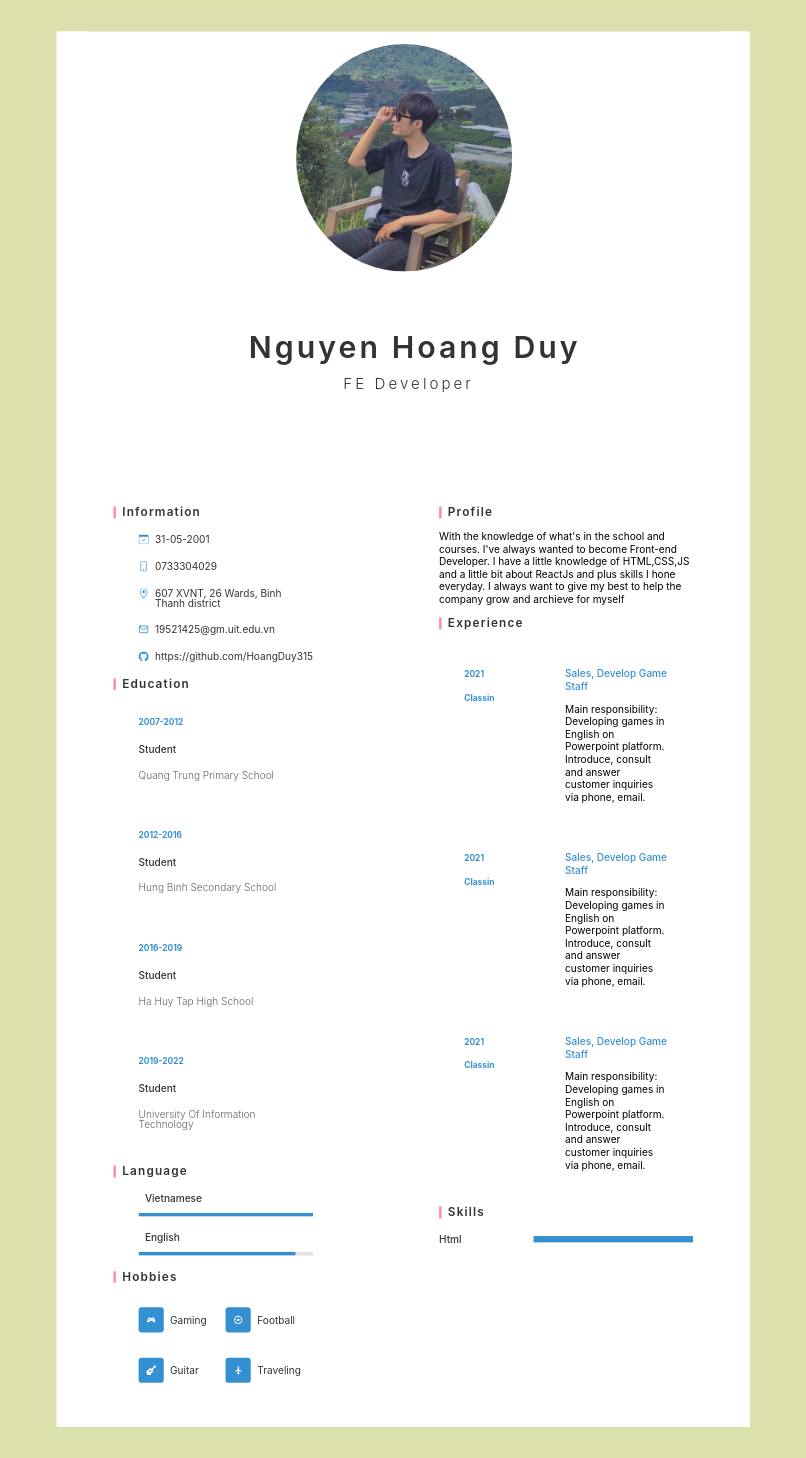
Repository: HoangDuy315/HW_TVK
Page: / (app in hw3cv/)
An editor plug-in stored every save of this project. The page is shown before and after a run of saves, followed by the edit.
The browser window is 1280 px wide. The pictures show the whole page, at 63% of full size.
The project was rebuilt for these pictures with package versions that can differ from the ones it lists, and the page was loaded fresh each time. Also part of the build but not shown: hw3cv/src/App.css.

Above is the page before, as saved 2022-11-02 12:50:44.

### hw3cv/src/App.js
import "./App.css";
import Cv from "./components/Cv";

function App() {
  return (
    <>
      <Cv />
    </>
  );
}

export default App;

### hw3cv/src/components/Cv.jsx
import React from "react";
import "./Cv.css";
import logo from "../assets/123.JPG";
import { BsCalendarCheck, BsPhone, BsGithub } from "react-icons/bs";
import { GoLocation } from "react-icons/go";
import { FiMail } from "react-icons/fi";
import { GiGamepad } from "react-icons/gi";
import { BiFootball } from "react-icons/bi";
import { FaGuitar } from "react-icons/fa";
import { TiPlane } from "react-icons/ti";

const Cv = () => {
  return (
    <div className="bdy">
      <div className="container">
        <div className="top">
          <div className="imgbx">
            <div className="box">
              <img src={logo} className="duy" alt="" />
            </div>
          </div>
          <div className="profile">
            <h3>
              Nguyen Hoang Duy <br /> <span>FE Developer</span>
            </h3>
          </div>

          <div className="contentBox">
            <div className="leftSide">
              <h3>Information</h3>
              <ul>
                <li>
                  <span className="icon">
                    <BsCalendarCheck />
                  </span>
                  <span className="text">31-05-2001</span>
                </li>
                <li>
                  <span className="icon">
                    <BsPhone />
                  </span>
                  <span className="text">0733304029</span>
                </li>
                <li>
                  <span className="icon">
                    <GoLocation />
                  </span>
                  <span className="text">
                    607 XVNT, 26 Wards, Binh Thanh district
                  </span>
                </li>
                <li>
                  <span className="icon">
                    <FiMail />
                  </span>
                  <span className="text">19521425@gm.uit.edu.vn</span>
                </li>
                <li>
                  <span className="icon">
                    <BsGithub />
                  </span>
                  <span className="text">https://github.com/HoangDuy315</span>
                </li>
              </ul>

              <h3>Education</h3>
              <ul className="education">
                <li>
                  <h5>2007-2012</h5>
                  <h4>Student</h4>
                  <h6>Quang Trung Primary School</h6>
                </li>
                <li>
                  <h5>2012-2016</h5>
                  <h4>Student</h4>
                  <h6>Hung Binh Secondary School</h6>
                </li>
                <li>
                  <h5>2016-2019</h5>
                  <h4>Student</h4>
                  <h6>Ha Huy Tap High School</h6>
                </li>
                <li>
                  <h5>2019-2022</h5>
                  <h4>Student</h4>
                  <h6>University Of Information Technology</h6>
                </li>
              </ul>

              <h3>Language</h3>
              <ul className="language">
                <li>
                  <span className="text">Vietnamese</span>
                  <span className="percent">
                    <div className="wi"></div>
                  </span>
                </li>
                <li>
                  <span className="text">English</span>
                  <span className="percent">
                    <div className="wi2"></div>
                  </span>
                </li>
              </ul>

              <h3>Hobbies</h3>
              <ul className="interest">
                <li>
                  <span className="icon">
                    <GiGamepad />
                  </span>
                  <span>Gaming</span>
                </li>
                <li>
                  <span className="icon">
                    <BiFootball />
                  </span>
                  <span>Football</span>
                </li>
                <li>
                  <span className="icon">
                    <FaGuitar />
                  </span>
                  <span>Guitar</span>
                </li>
                <li>
                  <span className="icon">
                    <TiPlane />
                  </span>
                  <span>Traveling</span>
                </li>
              </ul>
            </div>

            <div className="rightSide">
              <div className="about">
                <h3>Profile</h3>
                <p>
                  With the knowledge of what's in the school and courses. I've
                  always wanted to become Front-end Developer. I have a little
                  knowledge of HTML,CSS,JS and a little bit about ReactJs and
                  plus skills I hone everyday. I always want to give my best to
                  help the company grow and archieve for myself
                </p>
              </div>

              <div className="about">
                <h3>Experience</h3>
                <div className="box">
                  <div className="year_company">
                    <h5>2021</h5>
                    <h5>Classin</h5>
                  </div>
                  <div className="text">
                    <h4>Sales, Develop Game Staff</h4>
                    <p>
                      Main responsibility: Developing games in English on
                      Powerpoint platform. Introduce, consult and answer
                      customer inquiries via phone, email.
                    </p>
                  </div>
                </div>

                <div className="box">
                  <div className="year_company">
                    <h5>2021</h5>
                    <h5>Classin</h5>
                  </div>
                  <div className="text">
                    <h4>Sales, Develop Game Staff</h4>
                    <p>
                      Main responsibility: Developing games in English on
                      Powerpoint platform. Introduce, consult and answer
                      customer inquiries via phone, email.
                    </p>
                  </div>
                </div>

                <div className="box">
                  <div className="year_company">
                    <h5>2021</h5>
                    <h5>Classin</h5>
                  </div>
                  <div className="text">
                    <h4>Sales, Develop Game Staff</h4>
                    <p>
                      Main responsibility: Developing games in English on
                      Powerpoint platform. Introduce, consult and answer
                      customer inquiries via phone, email.
                    </p>
                  </div>
                </div>
              </div>

              <div className="about_skill">
                <h3>Skills</h3>
                <div className="box">
                  <h4>Html</h4>
                  <span className="percent">
                    <div className="as"></div>
                  </span>
                </div>
              </div>
            </div>
          </div>
        </div>
      </div>
    </div>
  );
};

export default Cv;

### hw3cv/src/components/Cv.css
body {
  background: rgb(219, 224, 172);
}

#toggle {
  position: fixed;
  top: 20px;
  right: 20px;
  width: 60px;
  height: 60px;
  background: #03a9f4;
  cursor: pointer;
  display: flex;
  justify-content: center;
  align-items: center;
}

#toggle::before {
  content: "";
  position: absolute;
  width: 28px;
  height: 2px;
  background: #fff;
  transform: translateY(-5px);
  transition: 0.2s;
}

#toggle::after {
  content: "";
  position: absolute;
  width: 28px;
  height: 2px;
  background: #fff;
  transform: translateY(5px);
  transition: 0.2s;
}

#toggle.active::before {
  transform: translateY(0px) rotate(45deg);
}

#toggle.active::after {
  transform: translateY(0px) rotate(-45deg);
}

#sidebar {
  position: fixed;
  top: 0;
  left: -170px;
  width: 170px;
  height: 100vh;
  background: #ff8bb3;
  transition: 0.5s;
}

#sidebar.active {
  left: 0px;
}

#sidebar ul {
  position: relative;
  margin-top: 130px;
}

#sidebar ul li {
  list-style: none;
  display: inline-block;
  width: 100%;
  padding: 30px;
  margin-left: -35px;
  font-size: 18px;
  font-weight: bold;
  transition: all 0.5s ease;
}

#sidebar ul li:hover {
  transform: scale(1.3);
}

#sidebar ul li a {
  color: #fff;
  text-decoration: none;
  font-style: 1.5em;
  letter-spacing: 2px;
}

/* =========================================================== */
.bdy {
  display: flex;
  justify-content: center;
  align-items: center;
}

.container {
  position: relative;
  width: 100%;
  max-width: 1000px;
  background: #fff;
  margin: 50px;
  /* box-shadow: 0 50px 70px rgba(0, 0, 0, 0.1); */
  border-left: 50px solid #fff;
  border-right: 50px solid #fff;
}

.container .top {
  position: relative;
  /* display: grid; */
  grid-template-columns: 1fr 2fr;
}

.container .top .imgbx {
  position: relative;
  width: 70%;
  display: flex;
  align-items: center;
  margin-left: 330px;
  margin-top: 20px;
}

.profile {
  margin-left: 215px;
}

.profile span {
  margin-left: 150px;
}

.container .top .imgbx .box {
  position: relative;
  width: 70%;
  min-width: 200px;
  border-radius: 50%;
}

.container .contentBox {
  position: relative;
  display: grid;
  grid-template-columns: 1fr 2fr;
  padding: 0 40px 40px;
  margin-top: 50px;
}

.container .contentBox h3 {
  border-left: 4px solid #ff8bb3;
  padding-left: 10px;
  line-height: 1em;
  font-weight: 600;
  color: #333;
  letter-spacing: 0.1em;
}

.container .contentBox ul {
  position: relative;
  margin: 10px 0;
}

.container .contentBox ul li {
  list-style: none;
  margin: 25px 0;
  line-height: 1em;
  color: #333;
  cursor: pointer;
  display: flex;
}

.container .contentBox ul li ion-icon {
  font-size: 1.2em;
  margin-right: 10px;
  color: #3590d2;
}

.icon {
  color: #3590d2;
}

.text {
  margin-left: 10px;
}

.container .contentBox ul.education li {
  flex-direction: column;
  margin: 20px 0;
  line-height: -3px;
}
h5 {
  color: #3590d2;
}
h4 {
  color: #333;
  font-weight: 500;
  margin: 5px 0;
}
h6 {
  margin-top: 20px;
  color: #666;
  font-weight: 300;
  font-size: 1em;
}
.language li {
  flex-direction: column;
}
.language li span {
  color: #333;
  font-size: 16px;
  font-weight: 500;
}
.language .percent {
  position: relative;
  width: 100%;
  background: #e3e3e3;
  height: 6px;
  margin-top: 15px;
  display: block;
  overflow: hidden;
}

.language .percent div {
  position: absolute;
  top: 0;
  left: 0;
  height: 100%;
  background: #3590d2;
}

.wi {
  width: 100%;
}

.wi2 {
  width: 90%;
}
.container .contentBox ul.interest {
  position: relative;
  display: grid;
  grid-template-columns: 1fr 1fr;
}
.container .contentBox ul.interest li {
  display: flex;
  align-items: center;
  gap: 10px;
  margin: 20px 0;
}
.container .contentBox ul.interest li .icon {
  position: relative;
  width: 40px;
  height: 40px;
  background: #3590d2;
  color: #fff;
  border-radius: 5px;
  display: flex;
  justify-content: center;
  align-items: center;
}
.container .contentBox ul.interest li .icon ion-icon {
  color: #fff;
  margin-right: 0;
}
p {
  font-style: 300;
}
.rightSide {
  padding-left: 200px;
}

.about .box {
  display: flex;
  flex-direction: row;
  margin: 40px;
}
.about .box .year_company {
  min-width: 150px;
  margin-bottom: 10px;
}
.about .box .year_company .h5:nth-child(1) {
  color: #3590d2;
}
.about .box .text h4 {
  color: #3590d2;
  font-size: 16px;
  margin: 0;
  margin-top: 20px;
}

.about_skill .box {
  position: relative;
  width: 100%;
  display: grid;
  grid-template-columns: 150px 1fr;
  justify-content: center;
  align-items: center;
}
.about_skill .box h4 {
  color: #333;
  font-weight: 500;
  margin-bottom: 5px;
}
.about_skill .box .percent {
  position: relative;
  width: 100%;
  height: 10px;
  background: #e3e3e3;
}
.about_skill .box .percent div {
  position: relative;
  top: 0;
  left: 0;
  height: 100%;
  background: #3590d2;
}

.duy {
  color: blue;
  position: relative;
  width: 70%;
  min-width: 200px;
  border-radius: 50%;
  overflow: hidden;
}

.container .top .profile {
  position: relative;
  padding: 40px;
  display: flex;
  align-items: center;
}

.container .top .profile h3 {
  font-size: 3em;
  letter-spacing: 0.1em;
  line-height: 1.2em;
  font-weight: 600;
  color: #333;
}

.container .top .profile h3 span {
  position: relative;
  font-size: 0.5em;
  font-weight: 300;
  top: -10px;
}

Loaded but not shown: hw3cv/public/index.html (common file); hw3cv/src/index.js (common file); hw3cv/src/index.css (common file)

After the next 2 saves:
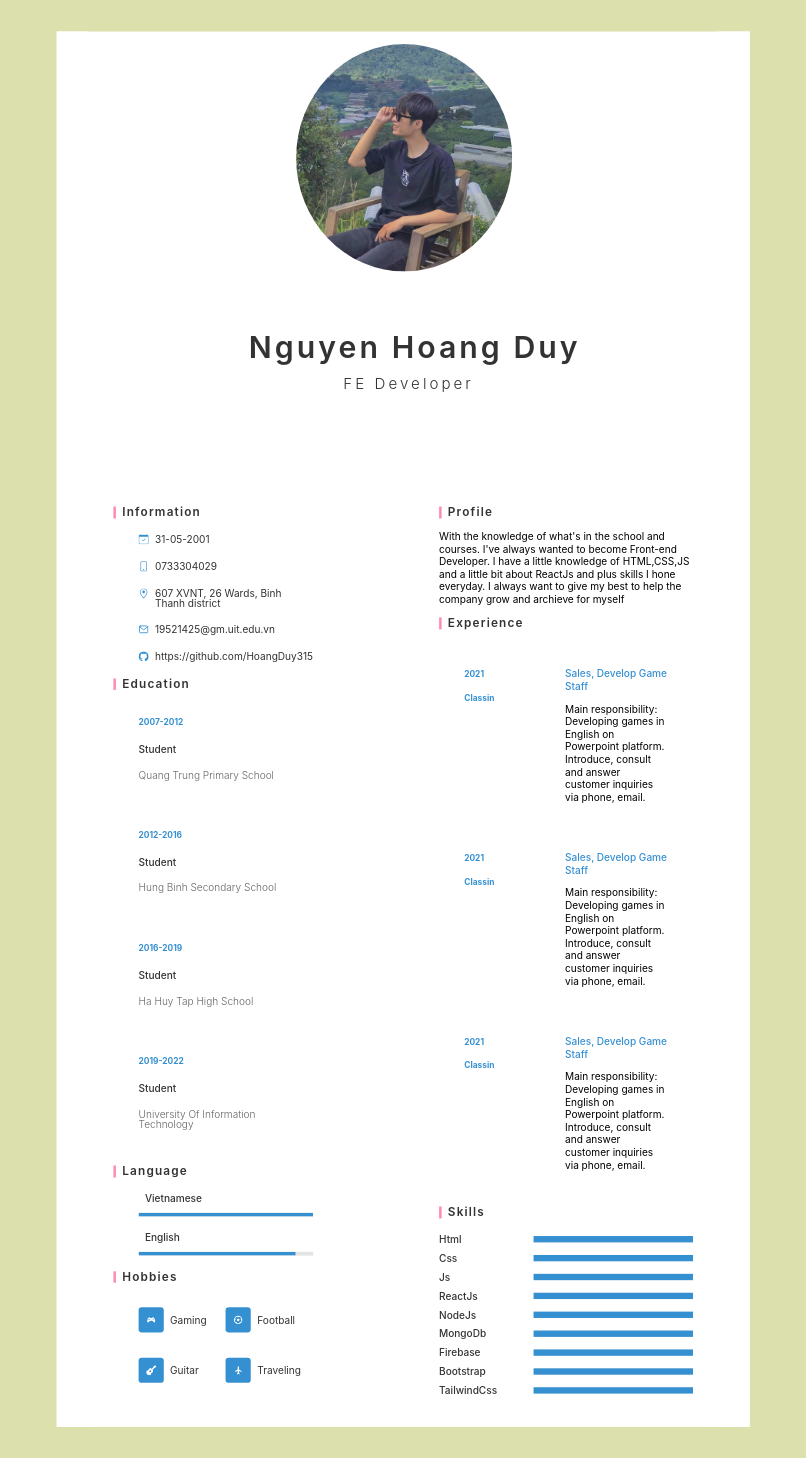
The 2 saves are shown as one change because they came seconds apart.
The last was saved 98 s later.
--- a/hw3cv/src/components/Cv.jsx
+++ b/hw3cv/src/components/Cv.jsx
@@ -200,6 +200,62 @@ const Cv = () => {
                     <div className="as"></div>
                   </span>
                 </div>
+
+                <div className="box">
+                  <h4>Css</h4>
+                  <span className="percent">
+                    <div className="as"></div>
+                  </span>
+                </div>
+
+                <div className="box">
+                  <h4>Js</h4>
+                  <span className="percent">
+                    <div className="as"></div>
+                  </span>
+                </div>
+
+                <div className="box">
+                  <h4>ReactJs</h4>
+                  <span className="percent">
+                    <div className="as"></div>
+                  </span>
+                </div>
+
+                <div className="box">
+                  <h4>NodeJs</h4>
+                  <span className="percent">
+                    <div className="as"></div>
+                  </span>
+                </div>
+
+                <div className="box">
+                  <h4>MongoDb</h4>
+                  <span className="percent">
+                    <div className="as"></div>
+                  </span>
+                </div>
+
+                <div className="box">
+                  <h4>Firebase</h4>
+                  <span className="percent">
+                    <div className="as"></div>
+                  </span>
+                </div>
+
+                <div className="box">
+                  <h4>Bootstrap</h4>
+                  <span className="percent">
+                    <div className="as"></div>
+                  </span>
+                </div>
+
+                <div className="box">
+                  <h4>TailwindCss</h4>
+                  <span className="percent">
+                    <div className="as"></div>
+                  </span>
+                </div>
               </div>
             </div>
           </div>
